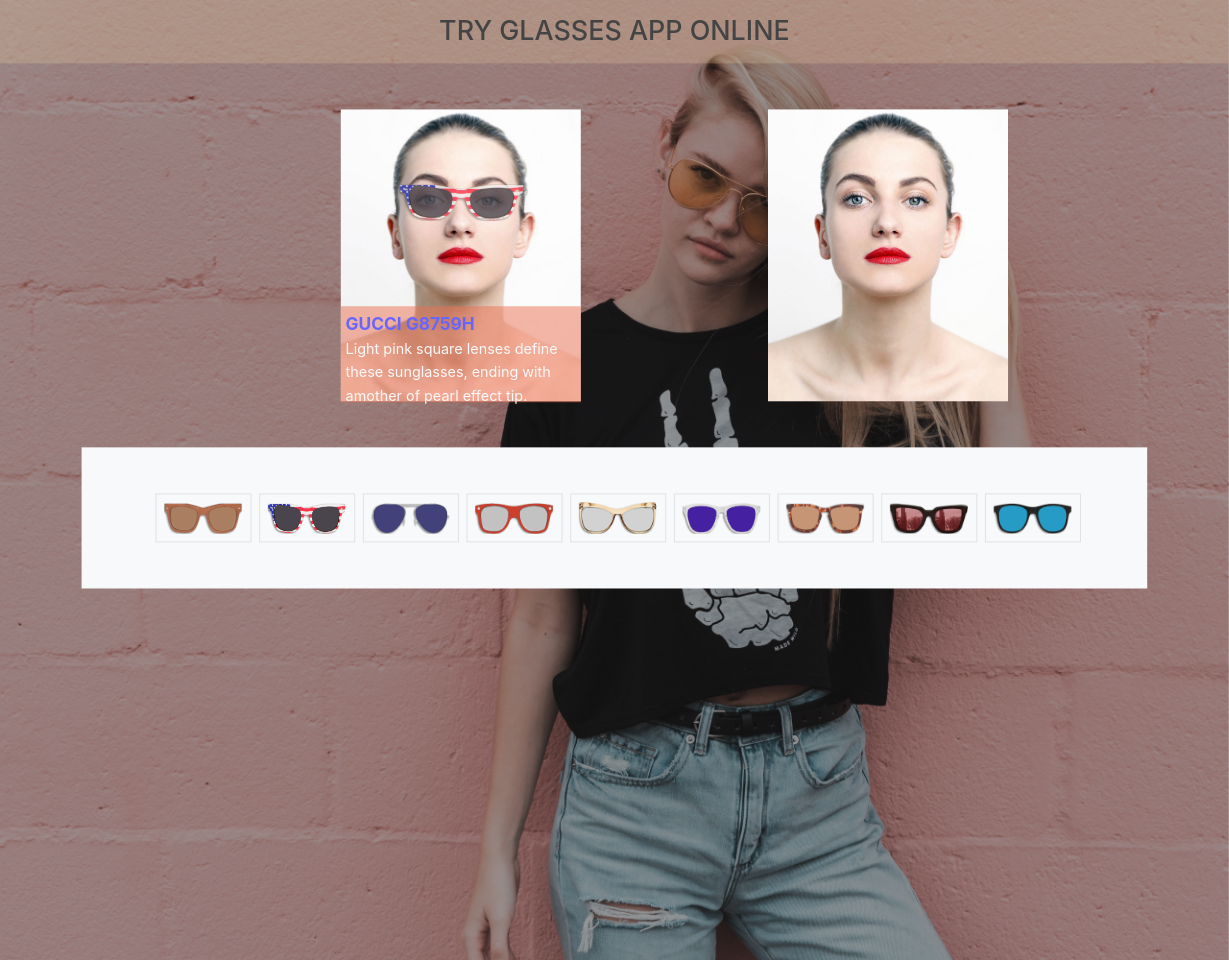
Repository: LeHieuSP/Baitapthukinh_LTH_FE70
Page: /
These files come from the project's save history. The page is drawn as it stood at one moment and after the next save; the edit follows.
The browser window is 1280 px wide. The pictures show the whole page, at 96% of full size.
The project was rebuilt for these pictures with package versions that can differ from the ones it lists, and the page was loaded fresh each time. Also part of the build but not shown: src/index.css, src/App.css, src/redux/actions/BaiTapDatVeAction.js, src/BaiTapRedux/BaiTapBookingTicket/ThongTinDatGhe.js, src/BaiTapRedux/BaiTapBookingTicket/HangGhe.js, src/BaiTapRedux/BaiTapBookingTicket/BaiTapBookingTicket.js.

Above is the page before, as saved 2022-03-10 01:21:47.

After the next save:
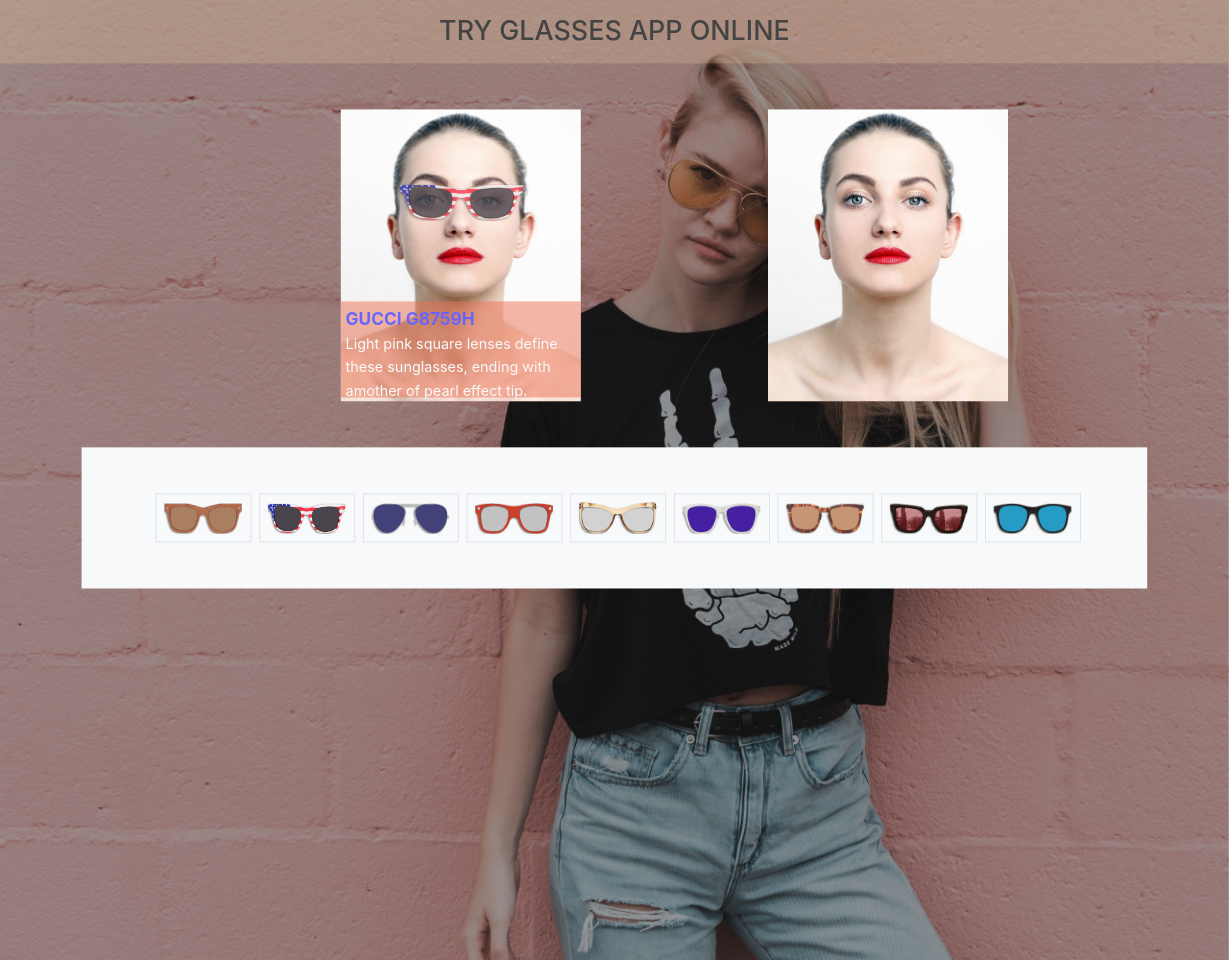
Saved 59 s later.
--- a/src/BaiTapThuKinh/BaiTapThuKinh.js
+++ b/src/BaiTapThuKinh/BaiTapThuKinh.js
@@ -41,7 +41,7 @@
     width: '250px',
     height:'100px',
     backgroundColor: 'rgba(235,113,83,.5)',
-    top: '205px',
+    top: '200px',
     left: '270px',
     textAlign: 'left',
     padding: '5px'
